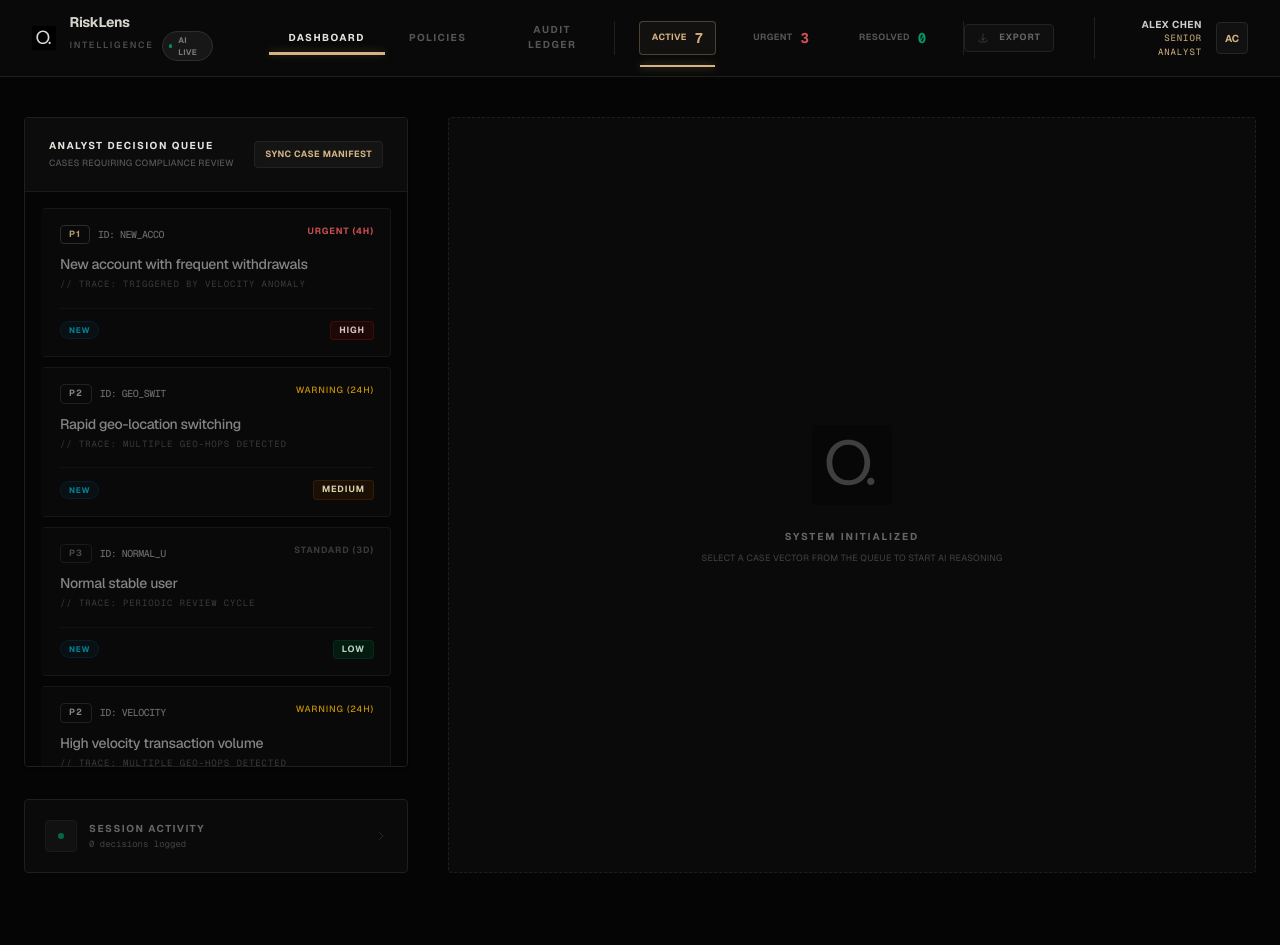
Repository: WorodHazim/risklens-demo
Page: /
These files come from the project's save history. The page is drawn as it stood at one moment and after the next save; the edit follows.
The browser window is 1280 px wide. The pictures show the whole page.
The project was rebuilt for these pictures with package versions that can differ from the ones it lists, and the page was loaded fresh each time. The framework's server and built-in components were replaced by stand-ins that run in the browser. Also part of the build but not shown: next.config.ts, app/components/ActionIntelligence.tsx, app/components/ExportCenter.tsx, app/components/PoliciesView.tsx, app/components/AuditLedgerView.tsx, app/components/ImpactProjection.tsx, app/components/HumanReview.tsx.

Above is the page before, as saved 2026-02-06 18:39:36.

After the next save:
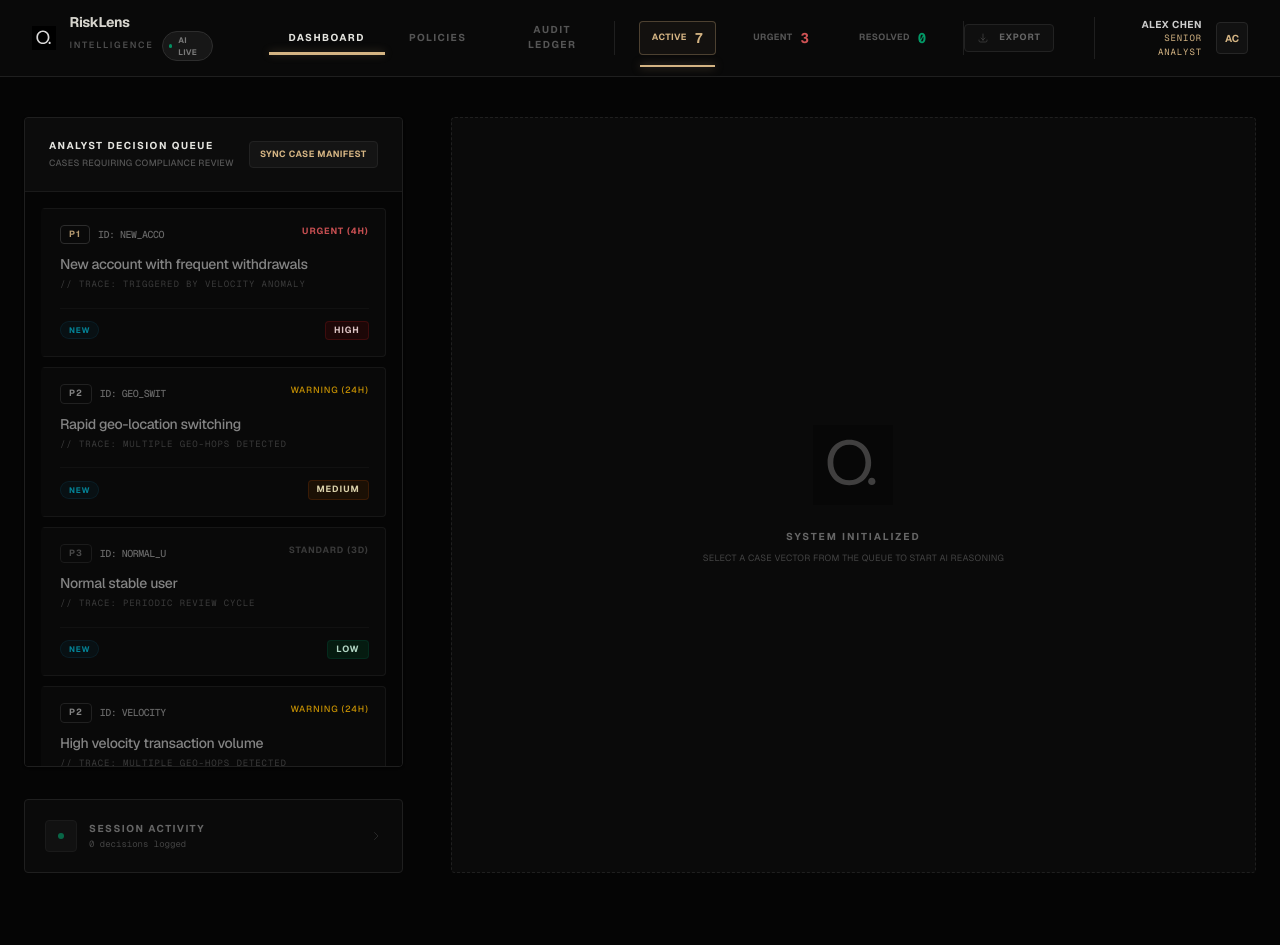
Saved 67 s later.
--- a/app/components/DashboardClient.tsx
+++ b/app/components/DashboardClient.tsx
@@ -236,13 +236,16 @@ export default function DashboardClient() {
 
             <div className="max-w-[1500px] mx-auto p-6 mt-4">
                 {currentView === "dashboard" && (
-                    <div className="grid grid-cols-1 lg:grid-cols-12 gap-10">
-                        {/* Sidebar: Priority Queue */}
-                        <div className="lg:col-span-4 flex flex-col gap-8">
+                    <div className="grid grid-cols-1 lg:grid-cols-12 gap-12">
+                        {/* Left Sidebar: Case Queue */}
+                        <div className="lg:col-span-4 space-y-8">
                             <PriorityQueue
                                 scenarios={filteredScenarios}
-                                selectedId={selectedId}
-                                onSelect={analyzeRisk}
+                                selectedId={selectedId || ''}
+                                onSelect={(id) => {
+                                    analyzeRisk(id);
+                                    if (isActionPanelOpen) setIsActionPanelOpen(false);
+                                }}
                                 caseStatus={caseStatus}
                                 caseOpenedAt={caseOpenedAt}
                                 getPriority={getPriority}
@@ -319,13 +322,16 @@ export default function DashboardClient() {
 
                                     <ImpactProjection result={result} actionExecutionState={actionExecutionState} />
 
-                                    <HumanReview
-                                        result={result}
-                                        selectedId={selectedId || ''}
-                                        isResolved={caseStatus[selectedId || ''] === 'RESOLVED'}
-                                        onExecute={handleExecuteAction}
-                                        executionState={actionExecutionState}
-                                    />
+                                    {/* Evaluation Slot: Ensures layout height is stabilized during transition */}
+                                    <div className="min-h-[200px] flex flex-col gap-12">
+                                        <HumanReview
+                                            result={result}
+                                            selectedId={selectedId || ''}
+                                            isResolved={caseStatus[selectedId || ''] === 'RESOLVED'}
+                                            onExecute={handleExecuteAction}
+                                            executionState={actionExecutionState}
+                                        />
+                                    </div>
                                 </div>
                             )}
                         </div>
